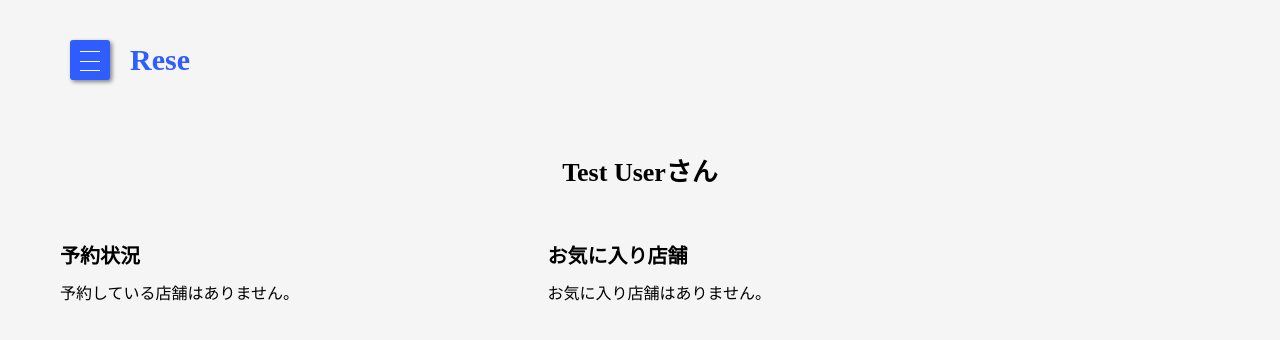
Repository: Haruka-Wada/Rese
Page: http://localhost/mypage
The author's editor kept a copy of each file at every save. The page is drawn from the files as they stood at one save, then again after the next save.
The browser window is 1280 px wide. The pictures show the whole page.
The page is served by the project's Laravel application, run on PHP 8.4 with Laravel 8. A made-up administrator, Test User (test@example.com), is signed in. Other server files are loaded and not shown. Queries for data that is not in the repository find no rows.

Above is the page before, as saved 2024-11-19 15:51:46.

### src/routes/web.php
<?php

use App\Http\Controllers\ReseController;
use Illuminate\Database\Console\Migrations\ResetCommand;
use Illuminate\Support\Facades\Route;
use SebastianBergmann\GlobalState\Restorer;

/*
|--------------------------------------------------------------------------
| Web Routes
|--------------------------------------------------------------------------
|
| Here is where you can register web routes for your application. These
| routes are loaded by the RouteServiceProvider within a group which
| contains the "web" middleware group. Now create something great!
|
*/

Route::get('/', [ReseController::class, 'index']);
Route::get('/detail/{shop_id?}', [ReseController::class, 'detail']);
Route::get('/search', [ReseController::class, 'search']);

Route::middleware(['verified'])->group(function(){
    Route::middleware('auth')->group(function () {
        Route::get('/thanks', [ReseController::class, 'thanks']);
        Route::get('/mypage', [ReseController::class, 'myPage']);
        Route::post('/favorite', [ReseController::class, 'favorite']);
        Route::post('/reservation', [ReseController::class, 'reservation']);
        Route::get('/done', [ReseController::class, 'done']);
        Route::delete('/delete',[ReseController::class, 'reservationDelete']);
        Route::get('/edit', [ReseController::class, 'reservationEdit']);
        Route::patch('/edit/update', [ReseController::class, 'reservationUpdate']);
    });
});

### src/app/Models/User.php
<?php

namespace App\Models;

use Illuminate\Contracts\Auth\MustVerifyEmail;
use Illuminate\Database\Eloquent\Factories\HasFactory;
use Illuminate\Foundation\Auth\User as Authenticatable;
use Illuminate\Notifications\Notifiable;
use Laravel\Sanctum\HasApiTokens;

class User extends Authenticatable implements MustVerifyEmail
{
    use HasApiTokens, HasFactory, Notifiable;

    /**
     * The attributes that are mass assignable.
     *
     * @var array<int, string>
     */
    protected $fillable = [
        'name',
        'email',
        'password',
    ];

    /**
     * The attributes that should be hidden for serialization.
     *
     * @var array<int, string>
     */
    protected $hidden = [
        'password',
        'remember_token',
    ];

    /**
     * The attributes that should be cast.
     *
     * @var array<string, string>
     */
    protected $casts = [
        'email_verified_at' => 'datetime',
    ];

    public function sendEmailVerificationNotification()
    {
        $this->notify(new \App\Notifications\VerifyEmailJapanese);
    }
}

### src/app/Http/Controllers/ReseController.php
<?php

namespace App\Http\Controllers;

use Illuminate\Http\Request;
use App\Models\Shop;
use App\Models\Area;
use App\Models\Genre;
use App\Models\Favorite;
use App\Models\Reservation;
use Illuminate\Support\Facades\Auth;
use App\Http\Requests\ReservationRequest;

use function PHPUnit\Framework\returnCallback;

class ReseController extends Controller
{
    public function index() {
        $shops = Shop::all();
        $areas = Area::all();
        $genres = Genre::all();
        return view('shop_all', compact('areas', 'genres', 'shops'));
    }

    public function search(Request $request) {
        $query = Shop::query();
        $query = $this->getSearchQuery($request, $query);
        $shops = $query->get();
        return response()->json(['shops'=>$shops]);
    }

    public function getSearchQuery($request, $query) {
        if (!empty($request->area_id)) {
            $query->where('area_id', '=', $request->area_id);
        }

        if(!empty($request->genre_id)) {
            $query->where('genre_id', '=', $request->genre_id);
        }

        if(!empty($request->keyword)) {
            $query->where('name', 'like', '%'.$request->keyword.'%');
        }
        return $query;
    }

    public function thanks() {
        return view('auth.thanks');
    }

    public function detail(Request $request) {
        $shop = Shop::find($request->shop_id);
        return view('shop_detail', compact('shop'));
    }

    public function reservation(ReservationRequest $request) {
        $user_id = Auth::id();
        $shop_id = $request->shop_id;
        $date = $request->date;
        $time = $request->time;
        $number = $request->number;

        $reservation = Reservation::create([
            'user_id' => $user_id,
            'shop_id' => $shop_id,
            'date' => $date,
            'time' => $time,
            'number' => $number
        ]);

        return view('done');
    }

    public function reservationDelete(Request $request) {
        Reservation::find($request->reservation)->delete();
        return redirect('/mypage');
    }

    public function reservationEdit(Request $request) {
        $reservation = Reservation::find($request->reservation);
        return view('edit', compact('reservation'));
    }

    public function reservationUpdate(ReservationRequest $request) {
        $reservation = Reservation::find($request->id);
        $reservation->update([
            'date' => $request->date,
            'time' => $request->time,
            'number' => $request->number
        ]);
        return redirect('/mypage');
    }

    public function favorite(Request $request) {
        $user_id = Auth::id();
        $shop_id = $request->shop_id;
        $already_liked = Favorite::where('user_id', $user_id)->where('shop_id', $shop_id)->first();

        if(!$already_liked) {
            $favorite = Favorite::create([
                'user_id' => $user_id,
                'shop_id' => $shop_id
            ]);
        }else {
            Favorite::where('shop_id', $shop_id)->where('user_id', $user_id)->delete();
        }

        return back();
    }

    public function myPage() {
        $user_id = Auth::id();
        $reservations = Reservation::with('shop')->where('user_id', $user_id)->get();
        $favorites = Favorite::with('shop')->where('user_id', $user_id)->get();
        return view('my_page', compact('reservations', 'favorites'));
    }
}

### src/app/Models/Reservation.php
<?php

namespace App\Models;

use Illuminate\Database\Eloquent\Factories\HasFactory;
use Illuminate\Database\Eloquent\Model;

class Reservation extends Model
{
    use HasFactory;

    protected $fillable = ['user_id', 'shop_id', 'date', 'time', 'number'];
    protected $guarded = ['id'];

    protected $dates = [
        'date', 'time'
    ];

    public function user() {
        return $this->belongsTo(User::class);
    }

    public function shop() {
        return $this->belongsTo(Shop::class);
    }
}

### src/app/Models/Favorite.php
<?php

namespace App\Models;

use Illuminate\Database\Eloquent\Factories\HasFactory;
use Illuminate\Database\Eloquent\Model;

class Favorite extends Model
{
    use HasFactory;

    public $fillable = ['user_id', 'shop_id'];
    public $guarded = ['id'];

    public function user() {
        return $this->belongsTo(User::class);
    }

    public function shop() {
        return $this->belongsTo(Shop::class);
    }
}

### src/resources/views/my_page.blade.php
@extends('layouts.app')

@section('css')
<link rel="stylesheet" href="{{ asset('css/my_page.css') }}">
@endsection

@section('main')
<div class="main__wrapper">
    <div class="main__title">
        <h2>{{ Auth::user()->name }}さん</h2>
    </div>
    <div class="main__container">
        <div class="reservations__container">
            <div class="reservations__container-title">
                <h2>予約状況</h2>
            </div>
            <div class="reservations__container-contents">
                @if(!$reservations->isEmpty())
                @foreach($reservations as $reservation)
                <div class="reservation__card">
                    <div class="reservation__card-header">
                        <div class="reservation__card-header-icon">
                            <img src="{{ asset('img/clock.png') }}" alt="時計のアイコン">
                        </div>
                        <div class="reservation__card-header-title">
                            <p>予約{{ $loop->iteration }}</p>
                        </div>
                        <div class="reservation__card-header-close">
                            <form action="/delete" method="post">
                                @method('DELETE')
                                @csrf
                                <input type="hidden" name="reservation" value="{{ $reservation->id }}">
                                <button>×</button>
                            </form>
                        </div>
                    </div>
                    <dl class="reservation__card-list">
                        <dt class="reservation__card-item">Shop</dt>
                        <dd class="reservation__card-content">{{ $reservation->shop->name }}</dd>
                    </dl>
                    <dl class="reservation__card-list">
                        <dt class="reservation__card-item">Date</dt>
                        <dd class="reservation__card-content">{{ $reservation->date->format('Y/m/d') }}</dd>
                    </dl>
                    <dl class="reservation__card-list">
                        <dt class="reservation__card-item">Time</dt>
                        <dd class="reservation__card-content">{{ $reservation->time->format('H:i') }}</dd>
                    </dl>
                    <dl class="reservation__card-list">
                        <dt class="reservation__card-item">Number</dt>
                        <dd class="reservation__card-content">{{ $reservation->number }}人</dd>
                    </dl>
                    <div class="reservation__card-edit">
                        <form action="/edit" method="get">
                            <input type="hidden" name="reservation" value="{{ $reservation->id }}">
                            <button>変更</button>
                        </form>
                    </div>
                </div>
                @endforeach
                @else
                <div class="reservation-message">
                    <p>予約している店舗はありません。</p>
                </div>
                @endif
            </div>
        </div>
        <div class="favorites__container">
            <div class="favorites__container-title">
                <h2>お気に入り店舗</h2>
            </div>
            <div class="favorites__container-contents">
                @if(!$favorites->isEmpty())
                @foreach($favorites as $favorite)
                <div class="favorite__card">
                    <div class="favorite__card-img">
                        <img src="{{ $favorite->shop->image }}">
                    </div>
                    <div class="favorite__card-content">
                        <div class="favorite__card-content-name">
                            <h2>{{ $favorite->shop->name }}</h2>
                        </div>
                        <div class="favorite__card-content-tag">
                            <span>#{{ $favorite->shop->area->name }}</span>
                            <span>#{{ $favorite->shop->genre->name }}</span>
                        </div>
                        <div class="favorite__card-content-detail">
                            <div class="favorite__card-content-detail-link">
                                <form action="/detail/" method="get">
                                    <input type="hidden" name="shop_id" value="{{ $favorite->shop_id }}">
                                    <button>詳しくみる</button>
                                </form>
                            </div>
                            <div class="favorite__card-content-detail-fav">
                                <img class="like-toggle liked" src="{{ asset('img/heart.png') }}" alt="お気に入りボタン" data-shop-id="{{ $favorite->shop_id }}">
                            </div>
                        </div>
                    </div>
                </div>
                @endforeach
                @else
                <div class="reservation-message">
                    <p>お気に入り店舗はありません。</p>
                </div>
                @endif
            </div>
        </div>
    </div>
</div>

<script src="{{ asset('js/favorite.js') }}"></script>
@endsection

### src/resources/views/layouts/app.blade.php
<!DOCTYPE html>
<html lang="ja">

<head>
    <meta charset="UTF-8">
    <meta name="viewport" content="width=device-width, initial-scale=1.0">
    <meta name="csrf-token" content="{{ csrf_token()}}">
    <title>Rese</title>
    <link rel="stylesheet" href="{{ asset('css/sanitize.css') }}">
    <link rel="stylesheet" href="{{ asset('css/app.css') }}">
    @yield('css')
    <script src="https://ajax.googleapis.com/ajax/libs/jquery/3.3.1/jquery.min.js"></script>
</head>

<body>

    <header>
        <div class="header__wrapper">
            <button class="header__nav" onclick="navFunc()"></button>
            <nav class="header__hamburger">
                <ul class="hamburger__menu">
                    <li><a href="/" class="hamburger__menu-link">HOME</a></li>
                    @if(Auth::check())
                    <li>
                        <form action="/logout" method="post">
                            @csrf
                            <button class="hamburger__menu-logout">Logout</button>
                        </form>
                    </li>
                    <li><a href="/mypage" class="hamburger__menu-link">Mypage</a></li>
                    @else
                    <li><a href="/register" class="hamburger__menu-link registration">Registration</a></li>
                    <li><a href="/login" class="hamburger__menu-link">Login</a></li>
                    @endif
                </ul>
            </nav>
            <h1 class="header__logo">Rese</h1>
            @yield('search')
        </div>
    </header>
    <main class="main">
        @yield('main')
    </main>

    <script type="text/javascript">
        function navFunc() {
            document.querySelector('html').classList.toggle('open');
        }
    </script>
</body>

</html>

### src/public/css/sanitize.css
/*
html5doctor.com Reset Stylesheet
v1.6.1
Last Updated: 2010-09-17
Author: Richard Clark - http://richclarkdesign.com
Twitter: @rich_clark
*/

html,
body,
div,
span,
object,
iframe,
h1,
h2,
h3,
h4,
h5,
h6,
p,
blockquote,
pre,
abbr,
address,
cite,
code,
del,
dfn,
em,
img,
ins,
kbd,
q,
samp,
small,
strong,
sub,
sup,
var,
b,
i,
dl,
dt,
dd,
ol,
ul,
li,
fieldset,
form,
label,
legend,
table,
caption,
tbody,
tfoot,
thead,
tr,
th,
td,
article,
aside,
canvas,
details,
figcaption,
figure,
footer,
header,
hgroup,
menu,
nav,
section,
summary,
time,
mark,
audio,
video {
    margin: 0;
    padding: 0;
    border: 0;
    outline: 0;
    font-size: 100%;
    vertical-align: baseline;
    background: transparent;
}

body {
    line-height: 1;
}

article,
aside,
details,
figcaption,
figure,
footer,
header,
hgroup,
menu,
nav,
section {
    display: block;
}

nav ul {
    list-style: none;
}

blockquote,
q {
    quotes: none;
}

blockquote:before,
blockquote:after,
q:before,
q:after {
    content: '';
    content: none;
}

a {
    margin: 0;
    padding: 0;
    font-size: 100%;
    vertical-align: baseline;
    background: transparent;
}

/* change colours to suit your needs */
ins {
    background-color: #ff9;
    color: #000;
    text-decoration: none;
}

/* change colours to suit your needs */
mark {
    background-color: #ff9;
    color: #000;
    font-style: italic;
    font-weight: bold;
}

del {
    text-decoration: line-through;
}

abbr[title],
dfn[title] {
    border-bottom: 1px dotted;
    cursor: help;
}

table {
    border-collapse: collapse;
    border-spacing: 0;
}

/* change border colour to suit your needs */
hr {
    display: block;
    height: 1px;
    border: 0;
    border-top: 1px solid #cccccc;
    margin: 1em 0;
    padding: 0;
}

input,
select {
    vertical-align: middle;
}

### src/public/css/app.css
body {
    background-color: whitesmoke;
    width: 100vw;
}

.header__wrapper {
    width: 90%;
    height: 60px;
    margin: 0 auto;
    display: flex;
    justify-content: space-between;
    align-items: center;
    padding: 30px 60px;
    position: fixed;
    z-index: 10;
    background-color: whitesmoke;
}

.header__nav {
    padding: 10px;
    margin: 10px;
    border: none;
    outline: none;
    background: none;
    width: 40px;
    height: 40px;
    cursor: pointer;
    background-color: #305DFF;
    box-shadow: 2px 2px 4px gray;
    border-radius: 3px;
    color: white;
}

.header__nav::before {
    content: '';
    display: block;
    height: 1px;
    background-color: currentColor;
    transform: translateY(-8px);
    transition: 0.3s ease-in-out;
    box-shadow: 0 10px currentColor;
}

.header__nav::after {
    content: '';
    display: block;
    height: 1px;
    background-color: currentColor;
    transform: translateY(10px);
    transition: 0.3s ease-in-out;
}

.open .header__nav {
    z-index: 1000;
}

.open .header__nav::before {
    transform: rotate(-45deg);
    box-shadow: none;
}

.open .header__nav::after {
    transform: rotate(45deg);
    box-shadow: none;
}

.header__logo {
    color: #305DFF;
    font-size: 30px;
    position: fixed;
    left: 130px;
    transition: 0.5s;
}

.header__hamburger {
    display: flex;
    justify-content: center;
    align-items: center;
    position: absolute;
    width: 0;
    height: 0;
    top: 45px;
    left: 55px;
    overflow: hidden;
    color: transparent;
    transition: 0.5s ease-in-out;
}

.open .header__hamburger {
    top: 0;
    left: 0;
    width: 100vw;
    height: 100vh;
    background-color: white;
    z-index: 100;
}

.hamburger__menu {
    padding: 10% 0;
}

.hamburger__menu li {
    text-align: center;
    list-style: none;
    line-height: 300%;
}

.hamburger__menu-link {
    color: #305DFF;
    font-size: 25px;
    text-decoration: none;
    font-weight: 550;
}

.hamburger__menu-logout {
    border: none;
    outline: none;
    background-color: white;
    color: #305DFF;
    font-size: 25px;
    margin: 20px;
}

.registration {
    display: inline-block;
    margin: 20px;
}

.main {
    padding-top: 130px;
}

@media screen and (max-width: 768px) {
    .header__wrapper {
        padding: 30px;
    }

    .header__logo {
        left: 100px;
    }

    .main {
        padding-top: 120px;
    }
}

### src/public/css/my_page.css
.main__wrapper {
    padding: 30px;
}

.main__title {
    text-align: center;
    font-size: 26px;
    padding-bottom: 30px;
}

.main__container {
    display: flex;
}

.reservations__container {
    width: 40%;
    padding: 30px;
}

.reservations__container-title {
    font-size: 20px;
    margin-bottom: 20px;
}

.reservation__card {
    width: 70%;
    background-color: #305DFF;
    border-radius: 5px;
    color: white;
    padding: 30px 20px;
    margin-right: 30px;
    margin-bottom: 30px;
    box-shadow: 2px 2px 4px gray;
}

.reservation__card-header {
    display: flex;
    align-items: center;
    padding-bottom: 10px;
}

.reservation__card-header-icon {
    width: 20px;
    height: 20px;
}

.reservation__card-header-icon img{
    width: 100%;
}

.reservation__card-header-title {
    flex-grow: 2;
    padding-left: 10px;
}

.reservation__card-header-close button {
    width: 25px;
    height: 25px;
    font-size: 20px;
    border: 2px solid white;
    border-radius: 50%;
    background-color: #305DFF;
    color: white;
    font-weight: bold;
    display: flex;
    justify-content: center;
    align-items: center;
}

.reservation__card-list {
    font-size: 16px;
    display: flex;
    padding: 10px 0;
}

.reservation__card-list:last-child {
    padding: 10px 0 0;
}

.reservation__card-item {
    width: 30%;
}

.reservation__card-content {
    width: 70%;
}

.reservation__card-edit {
    text-align: center;
    margin-top: 10px;
}

.reservation__card-edit button {
    width: 20%;
    font-size: 16px;
    background-color: white;
    color: #305DFF;
    border: none;
    border-radius: 3px;
}

.favorites__container {
    width: 60vw;
    padding: 30px;
}

.favorites__container-title {
    font-size: 20px;
    margin-bottom: 20px;
}

.favorites__container-contents {
    width: 100%;
    display: flex;
    justify-content: space-between;
}

.favorite__card {
    width: 45%;
    margin-bottom: 30px;
    margin-right: 20px;
    box-shadow: 2px 2px 4px gray;
    border-radius: 5px;
}

.favorite__card-img img {
    width: 100%;
    height: 180px;
    object-fit: cover;
    background-size: contain;
    border-radius: 5px 5px 0 0;
}

.favorite__card-content {
    padding: 15px 25px;
}

.favorite__card-content-name {
    font-size: 18px;
}

.favorite__card-content-tag {
    font-size: 12px;
    padding: 10px 0;
}

.favorite__card-content-detail {
    display: flex;
    justify-content: space-between;
}

.favorite__card-content-detail-link {
    width: 85px;
    margin: 5px 0;
}

.favorite__card-content-detail-link form {
    width: 100%;
    height: 100%;
}

.favorite__card-content-detail button {
    width: 100%;
    height: 100%;
    font-size: 12px;
    border: none;
    background-color: #305DFF;
    color: white;
    cursor: pointer;
    border-radius: 3px;
}

.favorite__card-content-detail-fav img {
    width: 40px;
    height: 48px;
    cursor: pointer;
}

.liked {
    filter: brightness(0) saturate(100%) invert(33%) sepia(89%) saturate(7236%) hue-rotate(353deg) brightness(89%) contrast(127%);
}

@media screen and (max-width:768px){
    .main__wrapper {
        padding: 0 30px;
    }

    .main__container {
        display: block;
    }

    .reservations__container {
        width: 90%;
    }

    .reservations__container-contents {
        width: 100%;
        display: flex;
        justify-content: space-between;
        flex-wrap: wrap;
    }

    .reservation__card {
        width: 40%;
        margin: 0 0 20px;
    }

    .favorites__container {
        width: 90%;
    }

    .favorites__container-contents {
        justify-content: space-between;
    }

    .favorite__card {
        width: 46%;
        margin:0 0 20px;
    }
}

### src/public/js/favorite.js
$(function() {
    let like = $('.like-toggle');
    let likeShopId;
    like.on('click', function() {
        let $this = $(this);
        likeShopId = $this.data('shop-id');
        $.ajax({
                headers: {
                    'X-CSRF-TOKEN': $('meta[name="csrf-token"]').attr('content')
                },
                url: '/favorite',
                method: 'POST',
                data: {
                    'shop_id': likeShopId
                },
            })

            .done(function(data) {
                $this.toggleClass('liked');
            })
            .fail(function() {
                console.log('fail');
            })
    })
})

Loaded but not shown: src/app/Http/Controllers/Controller.php (common file)

After the next save:
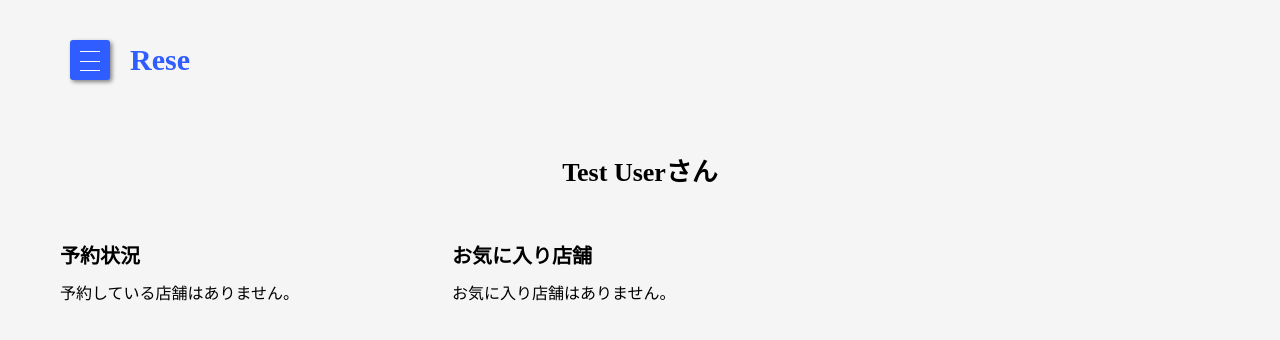
Saved 42 s later.
--- a/src/public/css/my_page.css
+++ b/src/public/css/my_page.css
@@ -110,7 +110,7 @@
 }
 
 .favorites__container-contents {
-    width: 100%;
+    width: 60vw;
     display: flex;
     justify-content: space-between;
 }

After the 5 saves that followed:
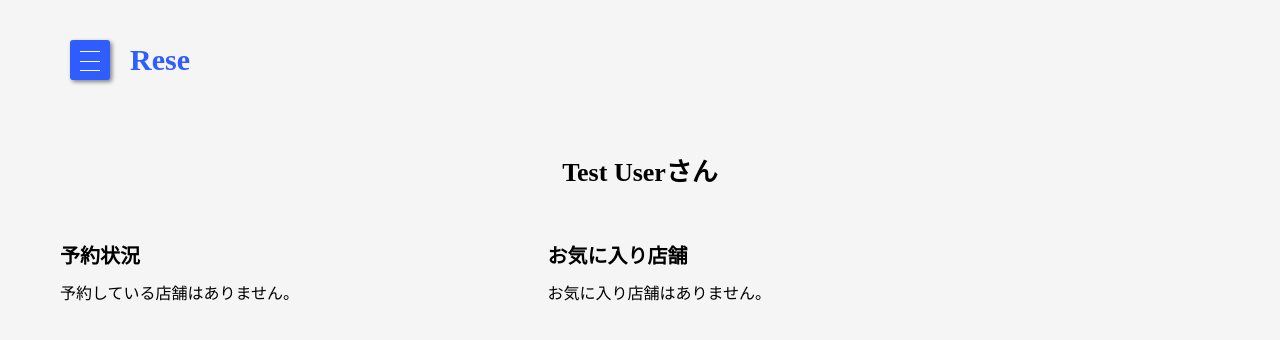
The 5 saves are shown as one change because 1 left the picture as it was and some came seconds apart.
The last was saved 49 s later.
--- a/src/public/css/my_page.css
+++ b/src/public/css/my_page.css
@@ -110,9 +110,9 @@
 }
 
 .favorites__container-contents {
-    width: 60vw;
-    display: flex;
-    justify-content: space-between;
+    width: 100%;
+    display: flex;
+    flex-wrap: wrap;
 }
 
 .favorite__card {
